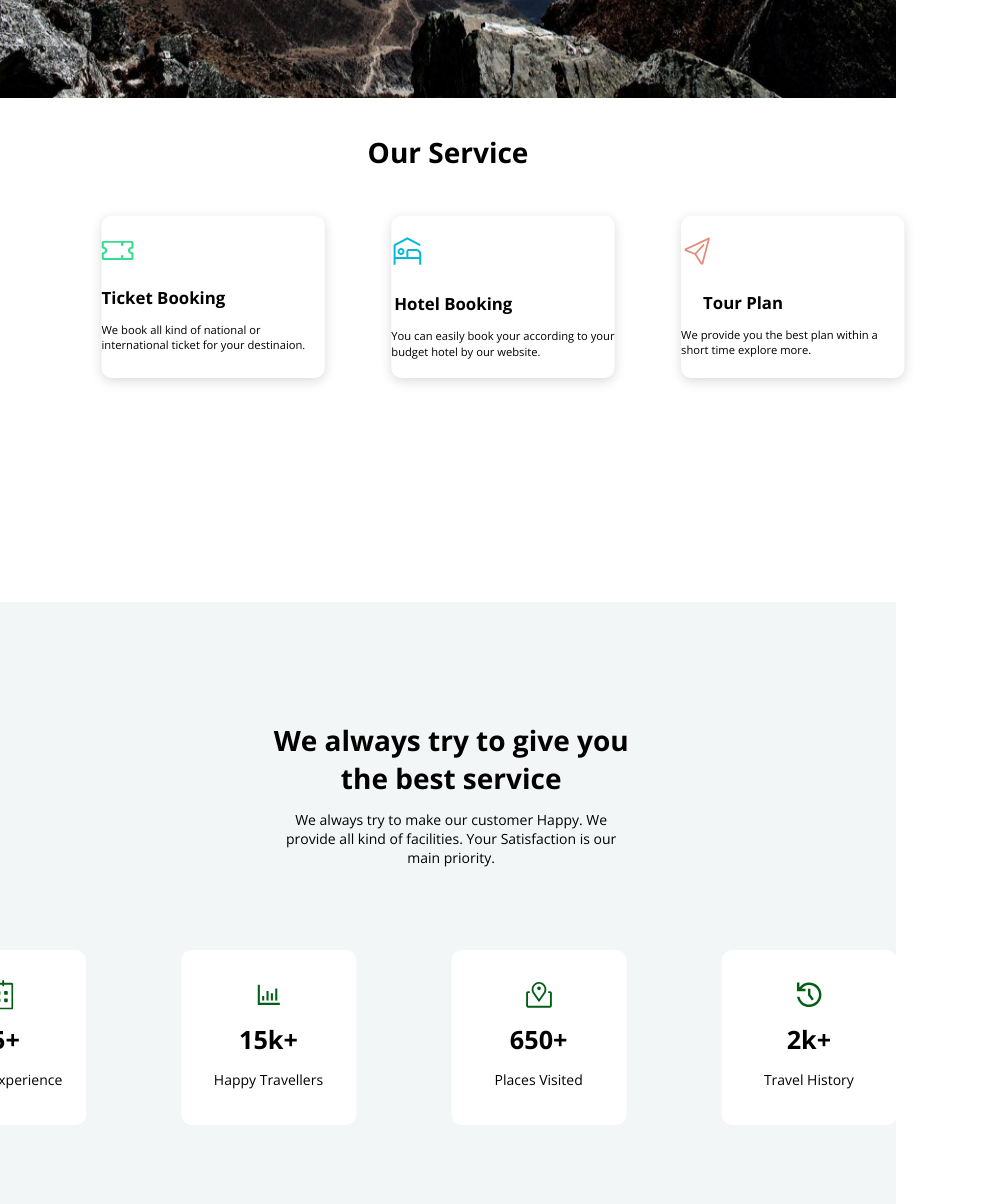
Repository: kubrazamanova/Background-Image
Page: index.html
The author's editor kept a copy of each file at every save. The page is drawn from the files as they stood at one save, then again after a run of saves.
The browser window is 1280 px wide. The page is 1417 px wide, so the pictures cover 1417 px, including what lies to the right of the window. The pictures show the part of the page from y = 1023 to 2743 px (the page is 2743 px tall before and 2511 px after), at 70% of full size.

Above is the page before, as saved 2023-10-17 18:51:27.

After the next 2 saves:
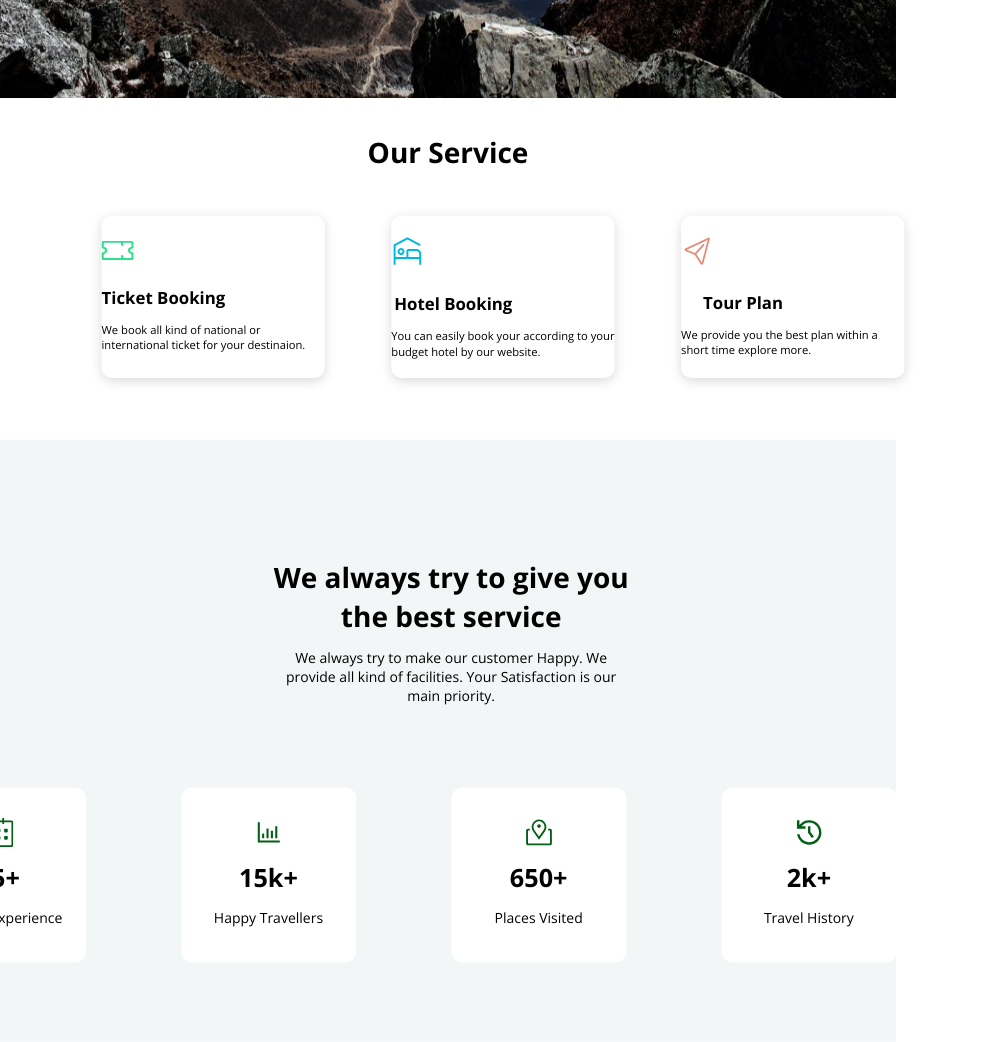
The 2 saves are shown as one change because they came seconds apart.
The last was saved 29 s later.
--- a/index.css
+++ b/index.css
@@ -93,7 +93,6 @@ main {
 
 .our-service-page {
   padding: 50px 145px 88px 145px;
-  min-height: 100vh;
   background-color: #fff;
 }
 
